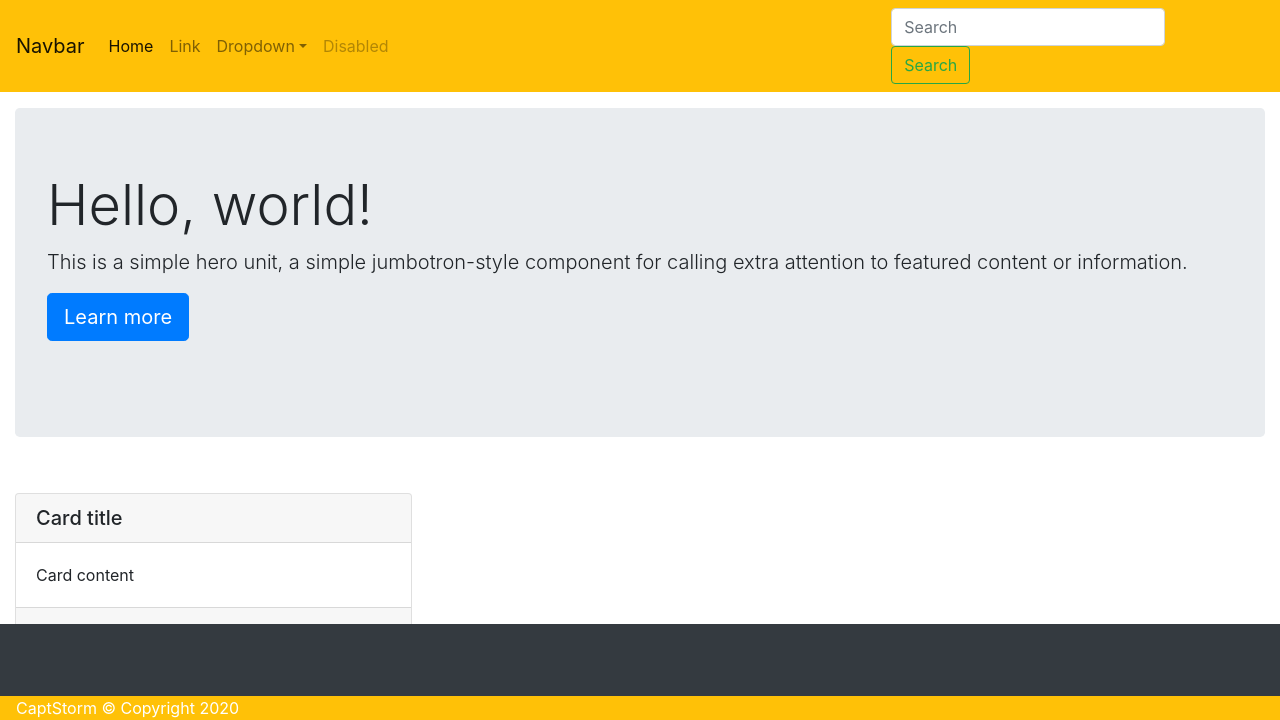
Repository: CaptainStorm21/complete-react16-bootstrap-passing-props
Page: /
An editor plug-in stored every save of this project. The page is shown before and after the next save, followed by the edit.
The browser window is 1280 px wide. The pictures show the whole page.
The project was rebuilt for these pictures with package versions that can differ from the ones it lists, and the page was loaded fresh each time.

Above is the page before, as saved 2020-04-23 14:20:28.

### public/index.html
<!DOCTYPE html>
<html lang="en">
<head>
  <title>Bootstrap Example</title>
  <meta charset="utf-8">
  <meta name="viewport" content="width=device-width, initial-scale=1">
  <link rel="stylesheet" href="https://maxcdn.bootstrapcdn.com/bootstrap/4.4.1/css/bootstrap.min.css">
  <script src="https://ajax.googleapis.com/ajax/libs/jquery/3.4.1/jquery.min.js"></script>
  <script src="https://cdnjs.cloudflare.com/ajax/libs/popper.js/1.16.0/umd/popper.min.js"></script>
  <script src="https://maxcdn.bootstrapcdn.com/bootstrap/4.4.1/js/bootstrap.min.js"></script>
</head>
<body>
<div id="root"></div>

</body>
</html>

### src/index.js
import React from 'react';
import ReactDOM from 'react-dom';
import './style.css';
import App from './App';
import * as serviceWorker from './serviceWorker';


ReactDOM.render(
  <React.StrictMode>
    <App />
  </React.StrictMode>,
  document.getElementById('root')
);

// If you want your app to work offline and load faster, you can change
// unregister() to register() below. Note this comes with some pitfalls.
// Learn more about service workers: https://bit.ly/CRA-PWA
serviceWorker.unregister();

### src/style.css




body {
  margin: 0;
  font-family: -apple-system, BlinkMacSystemFont, 'Segoe UI', 'Roboto', 'Oxygen',
    'Ubuntu', 'Cantarell', 'Fira Sans', 'Droid Sans', 'Helvetica Neue',
    sans-serif;
  -webkit-font-smoothing: antialiased;
  -moz-osx-font-smoothing: grayscale;
}

.footer {
  position: absolute;
  bottom: 0;
  width: 100%;
  height: 60px; /* Set the fixed height of the footer here */
  line-height: 60px; /* Vertically center the text there */
  background-color: purple;
}

### src/App.js
import React from "react";
import Main from "./components/Main";
import ContanerCard from "./components/ContainerCard";

import Header from "./components/layout/Header";
import Footer from "./components/layout/Footer";

function App() {
  return (
    <div>
      <Header />
      <div classNameName="container-fluid">
        <div className="col-lg-12 py-3">
          <Main />
        </div>
        <div className="container-fluid">
          <div className="row">
            <ContanerCard />
          </div>
        </div>
        <Footer />
      </div>
    </div>
  );
}

export default App;

### src/components/Main.js
import React from "react";

function Main() {
  return (
    <div className="jumbotron">
      <h1 className="display-4">Hello, world!</h1>
      <p className="lead">
        This is a simple hero unit, a simple jumbotron-style component for
        calling extra attention to featured content or information.
        <p className = "py-3">
        <a className="btn btn-primary btn-lg" href="#" role="button">
          Learn more
        </a>
        </p>
      </p>
    </div>
  );
}

export default Main;

### src/components/ContainerCard.js
import React from "react";

function ContainerCard() {
  return (
    <div className="col-md-4 col-lg-4 py-2">
    <div className="card">
      <h5 className="card-header">Card title</h5>
      <div className="card-body">
        <p className="card-text">Card content</p>
      </div>
      <div className="card-footer">Card footer</div>
    </div>
    </div>
  );
}

export default ContainerCard;

### src/components/layout/Header.js
import React from "react";
import Navbar from "./Navbar";

function Header() {
  return (
    <nav className="navbar navbar-expand-lg navbar-light bg-warning">
              <Navbar />
    </nav>
  );
}

export default Header;

### src/components/layout/Footer.js
import React from "react";

function Footer() {
  return (
    <footer className="bg-dark py-5 fixed-bottom ">
      <div className="container"></div>
      <div className="container-fluid">
        <div className="row bg-info">
        <div className="bg-warning fixed-bottom">
          <span className="p-3 text-white">
            CaptStorm &copy; Copyright 2020
          </span>
        </div>        </div>
      </div>
    </footer>
  );
}

export default Footer;

### src/components/layout/Navbar.js
import React from "react";
import "./Nav.css";

function Navbar() {
  return (
    <>
   <a className="navbar-brand" href="/">Navbar</a>
        <button className="navbar-toggler" type="button" data-toggle="collapse" data-target="#navbarSupportedContent" aria-controls="navbarSupportedContent" aria-expanded="false" aria-label="Toggle navigation">
          <span className="navbar-toggler-icon"></span>
        </button>

        <div className="collapse navbar-collapse" id="navbarSupportedContent">
          <ul className="navbar-nav mr-auto">
            <li className="nav-item active">
              <a className="nav-link" href="/">Home <span className="sr-only">(current)</span></a>
            </li>
            <li className="nav-item">
              <a className="nav-link" href="/">Link</a>
            </li>
            <li className="nav-item dropdown">
              <a className="nav-link dropdown-toggle" href="/" id="navbarDropdown" role="button" data-toggle="dropdown" aria-haspopup="true" aria-expanded="false">
                Dropdown
              </a>
              <div className="dropdown-menu" aria-labelledby="navbarDropdown">
                <a className="dropdown-item" href="/">Action</a>
                <a className="dropdown-item" href="/">Another action</a>
                <div className="dropdown-divider"></div>
                <a className="dropdown-item" href="/">Something else here</a>
              </div>
            </li>
            <li className="nav-item">
              <a className="nav-link disabled" href="/">Disabled</a>
            </li>
          </ul>
          <div className = "col-4">
          <form className="form-inline my-2 my-lg-0 pull-right ">
            <input className="form-control mr-sm-2" type="search" placeholder="Search" aria-label="Search" />
            <button className="btn btn-outline-success my-2 my-sm-0" type="submit">Search</button>
          </form></div>
        </div>
  </>
)
}

export default Navbar;

### src/components/layout/Nav.css
@media (min-width: 768px) {
    .navbar-nav {
      width: 100%;
      text-align: center;
    }
    .navbar-nav > li {
      float: none;
      display: inline-block;
    }
    .navbar-nav > li.navbar-right {
      float: right !important;
    }
  }

Loaded but not shown: src/serviceWorker.js (common file)

After the next save:
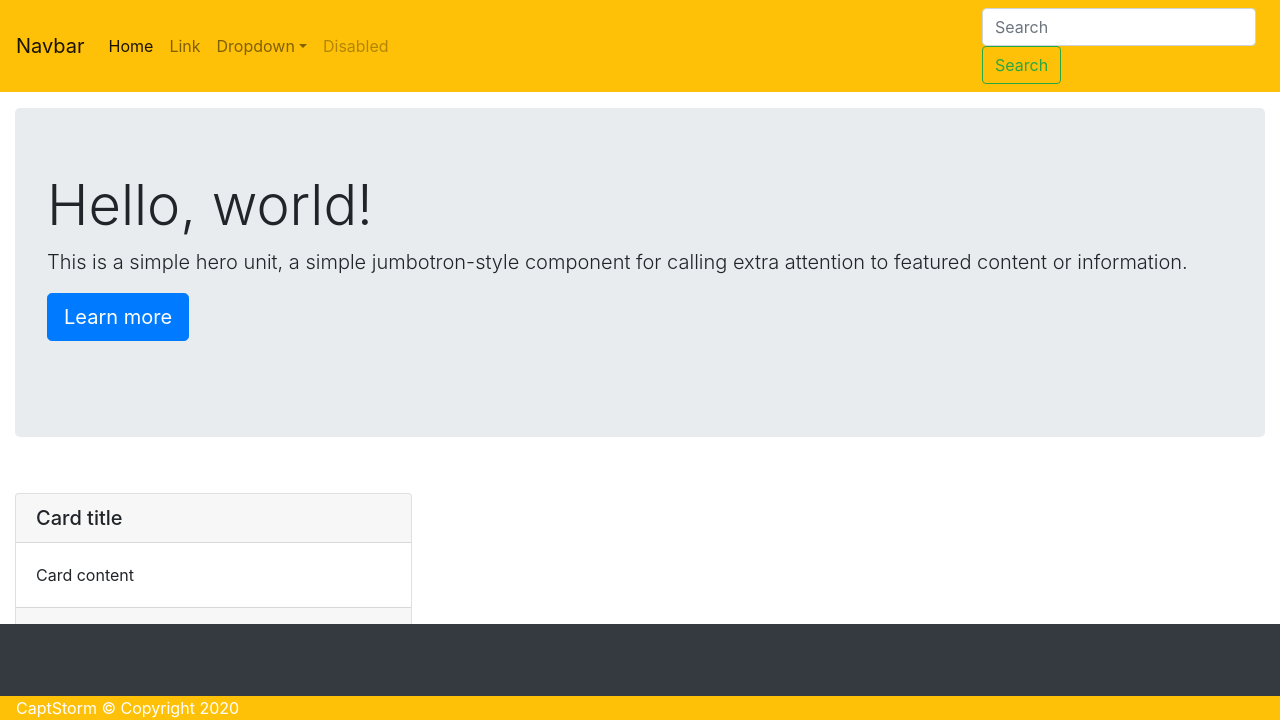
Saved 16 s later.
--- a/src/components/layout/Navbar.js
+++ b/src/components/layout/Navbar.js
@@ -32,7 +32,7 @@ function Navbar() {
               <a className="nav-link disabled" href="/">Disabled</a>
             </li>
           </ul>
-          <div className = "col-4">
+          <div className = "pull-right">
           <form className="form-inline my-2 my-lg-0 pull-right ">
             <input className="form-control mr-sm-2" type="search" placeholder="Search" aria-label="Search" />
             <button className="btn btn-outline-success my-2 my-sm-0" type="submit">Search</button>
